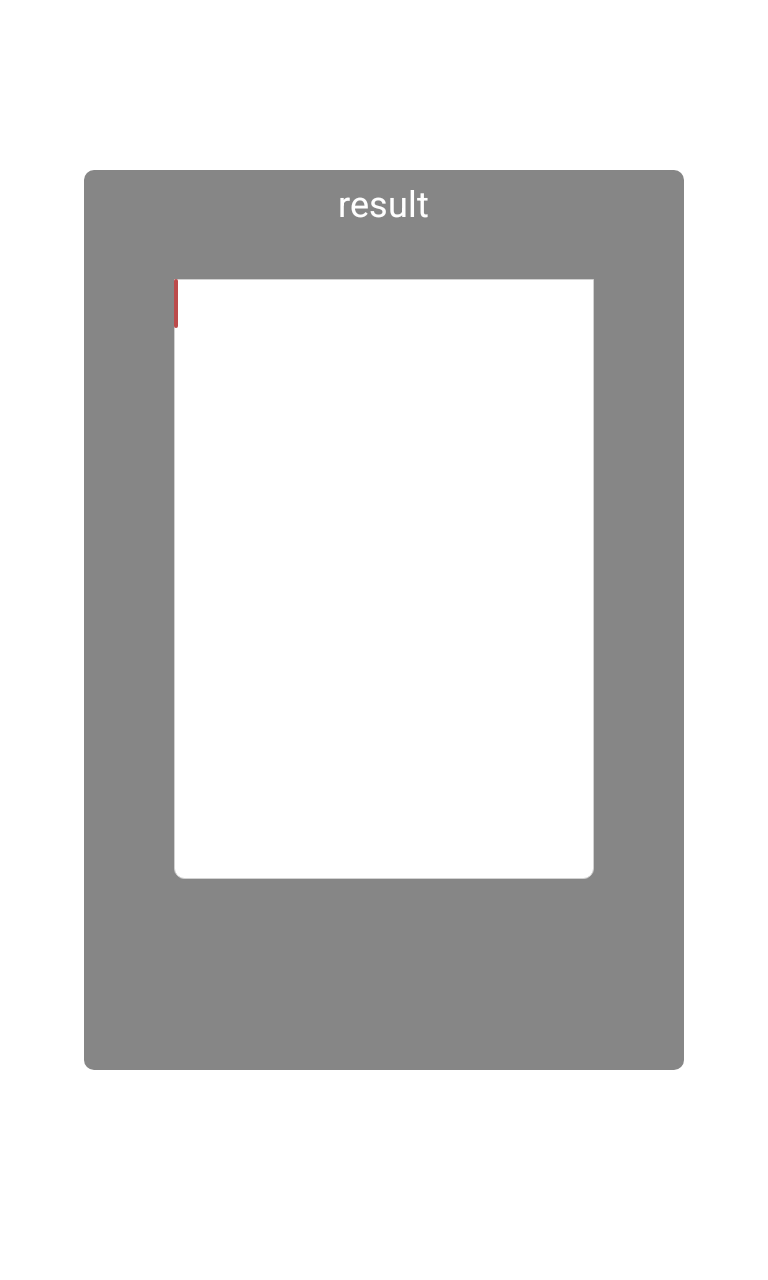
Repository: Kitsopappas/QBIReader
Layout: QBIReader/res/layout/activity_res.xml
An editor plug-in stored every save of this project. The layout is shown before and after the next save, followed by the edit.
It is drawn on a 768 x 1280 px phone screen (xhdpi) without system bars, with theme android:Theme.Translucent.NoTitleBar; the app's code is not run.

Above is the layout before, as saved 2015-03-19 15:14:56.

After the next save:
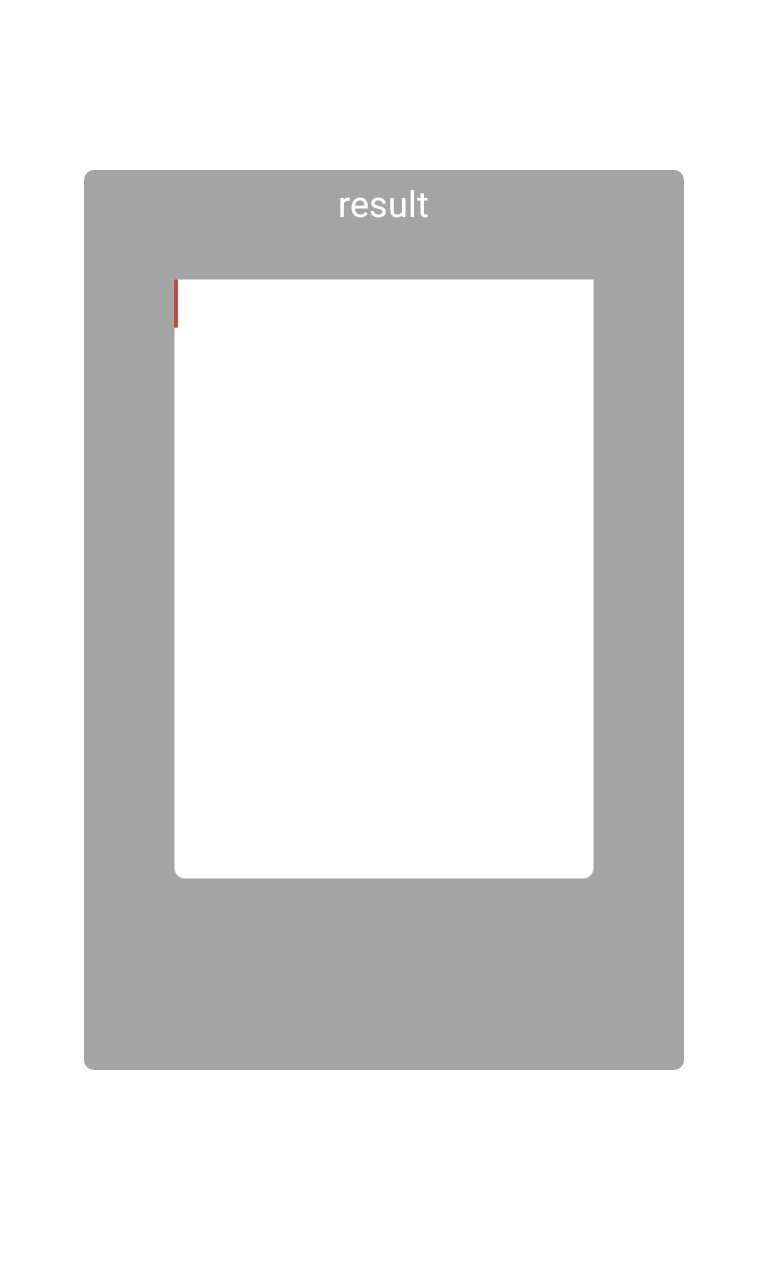
Saved 2 min 7 s later.
--- a/QBIReader/res/drawable/rounded_panel.xml
+++ b/QBIReader/res/drawable/rounded_panel.xml
@@ -8,7 +8,7 @@
         </shape>
     </item>
     <!-- view background color -->
-    <solid android:color="#868686" >
+    <solid android:color="#BF868686" >
     </solid>
 
 
